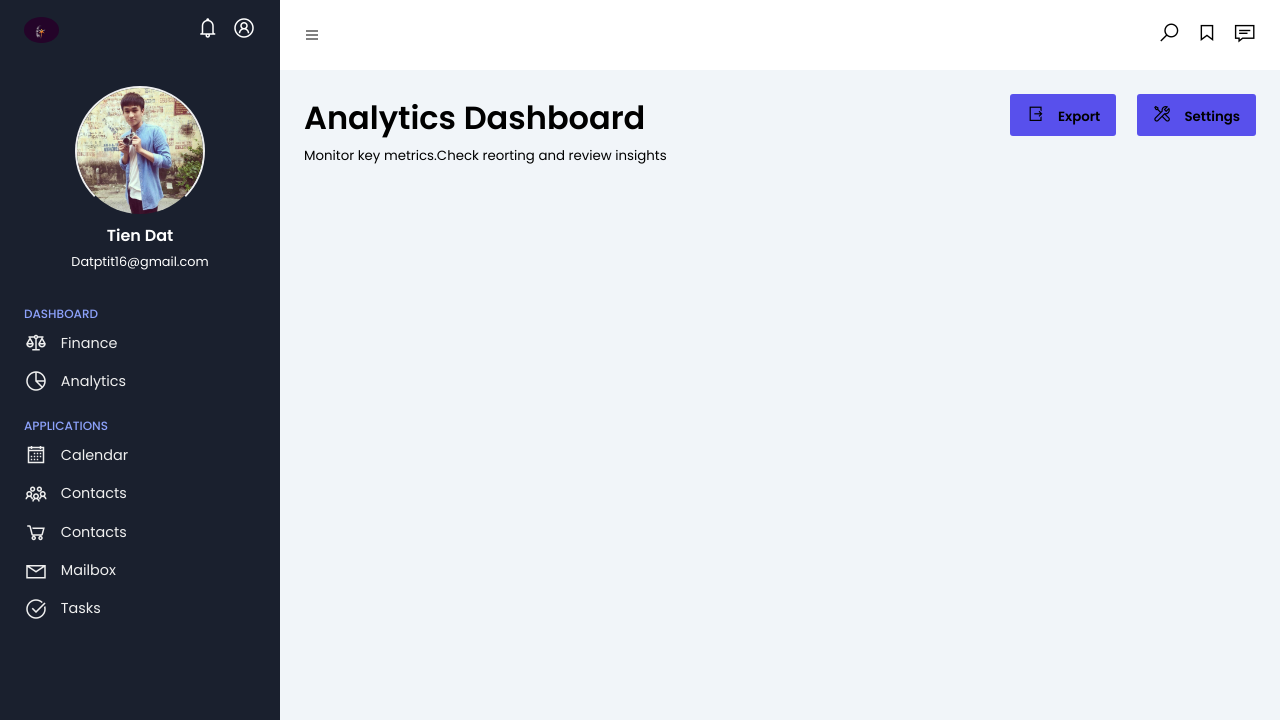
Repository: Datt21/dashboard-fe-project
Page: index.html
An editor plug-in stored every save of this project. The page is shown before and after the next save, followed by the edit.
The browser window is 1280 px wide. The pictures show the whole page.

Above is the page before, as saved 2021-06-08 15:09:03.

### index.html
<!DOCTYPE html>
<html lang="en">
<head>
    <meta charset="UTF-8">
    <meta http-equiv="X-UA-Compatible" content="IE=edge">
    <meta name="viewport" content="width=device-width, initial-scale=1.0 maxium-scale=1.0">

    <!-- =============== UNICONS =================== -->
    <link rel="stylesheet" href="https://maxst.icons8.com/vue-static/landings/line-awesome/line-awesome/1.3.0/css/line-awesome.min.css">
    <!-- =============== GOOGLE FONT =============== -->

    <!-- =============== CSS ================== -->
    <link rel="stylesheet" href="./assets/css/style.css">

    <title>Tien Dat Admin Dashboard</title>

</head>
<body>
    <!-- ========== SIDEBAR======== -->
    <div class="sidebar">
    <!-- brand -->
         <div class="sidebar__brand">
             <div class="brand__flex">
                 <img src="./img/loGO1.jpg" width="35px" alt="">

                 <div class="brand__icons">
                     <span class="las la-bell"></span>
                     <span class="las la-user-circle"></span>
                 </div>
             </div>
         </div>
    <!-- main -->
         <div class="sidebar__main">
             <div class="sidebar__user">
                 <img src="./img/119942988_206292647508421_8132941228799644311_n.jpg" alt="">
                 <div>
                     <h3> Tien Dat</h3>
                     <span> Datptit16@gmail.com</span>
                 </div>
             </div>
             <div class="sidebar__menu">
                 <div class="menu-head">
                     <span> Dashboard</span>
                 </div>
                 <ul>
                     <li>
                         <a href="">
                         <span class="las la-balance-scale"></span>
                        Finance
                        </a>
                    </li>
                     <li>
                         <a href=""><span class="las la-chart-pie"></span>
                        Analytics
                         </a>
                    </li>
                 </ul>

                 <div class="menu-head">
                    <span> Applications</span>
                </div>
                <ul>
                    <li>
                        <a href="">
                        <span class="las la-calendar"></span>
                       Calendar
                       </a>
                   </li>
                    <li>
                        <a href=""><span class="las la-users"></span>
                       Contacts
                        </a>
                   </li>
                    <li>
                        <a href=""><span class="las la-shopping-cart"></span>
                       Contacts
                        </a>
                   </li>
                    <li>
                        <a href=""><span class="las la-envelope"></span>
                       Mailbox
                        </a>
                   </li>
                    <li>
                        <a href=""><span class="las la-check-circle"></span>
                       Tasks
                        </a>
                   </li>
                </ul>
             </div>
         </div>
    </div>

    <!-- ================== MAIN CONTENT===================== -->
    <div class="main__content">
        <header>
            <div class="menu__toggle">
                <lable for="">
                    <span class="las la-bars"></span>
                </lable>
            </div>

            <div class="hearder__icons">
                <span class="las la-search"></span>
                <span class="las la-bookmark"></span>
                <span class="las la-sms"></span>
            </div>
        </header>

        <main>
            <div class="page__header">
                <div>
                    <h1>Analytics Dashboard</h1>
                    <small>Monitor key metrics.Check reorting and review insights</small>
                </div>

                <div class="header__actions">
                    <button>
                        <span class="las la-file-export"></span>
                        Export
                    </button>
                    <button>
                        <span class="las la-tools"></span>
                        Settings
                    </button>
                </div>
            </div>
        </main>
    </div>
</body>
</html>

### assets/css/style.css
@import url('https://fonts.googleapis.com/css2?family=Poppins:wght@300;400;500;600&display=swap');

:root{
    --color-main: #1a202e;
}

*{
    font-family: 'Poppins', sans-serif ;
    box-sizing: border-box;
    text-decoration: none;
    list-style-type: none;
    margin: 0;
    padding: 0;
}

.sidebar{
    width: 280px;
    position: fixed;
    left: 0;
    top: 0;
    height: 100%;
    padding: 1rem 1.5rem;
    background: var(--color-main);
    color: #fff;
}

.sidebar__brand{
    height: 70px;
}

.brand__flex{
    display: flex;
    justify-content: space-between;
    align-items: center;
}

.brand__flex img{
    border-radius: 50%;
}

.brand__icons span{
    font-size: 1.5rem;
    margin-left: 0.5rem;
}

.sidebar__user{
    margin: 0rem 0rem 1rem 0rem;
    text-align: center;
}

.sidebar__user img{
    width: 130px;
    height: 130px;
    border-radius: 50%;
    border: 2px solid #efefef;
    border-top: 2px solid #efefef;
    border-left: 2px solid #efefef;
    border-right: 2px solid #efefef;
    border-bottom: 2px solid transparent;
}

.sidebar__user h3{
    font-size: 1rem;
}

.sidebar__user span{
    font-size: .8rem;
}

.sidebar__menu {
    margin-top: 2rem;
}

.menu-head {
    text-transform: uppercase;
    color: #8da2fb;
    font-size: .75rem;
    font-weight: 500;
    margin-bottom: 0.5rem;
}

.sidebar__menu ul{
    margin-bottom: 1.5rem;
}

.sidebar__menu li{
    margin-bottom: 0.9rem;

}

.sidebar__menu li a{
    color: #efefef;
    font-size: .9rem;
    display: flex;
    align-items: center;
}

.sidebar__menu li a span{
    font-size: 1.5rem;
    display: inline-block;
    margin-right: 0.8rem;
}



header{
    height: 70px;
    display: flex;
    justify-content: space-between;
    align-items: center;
    padding: 1rem 1.5rem;
}

.menu__toggle label{
    height: 60px;
    width: 60px;
    display: grid;
    place-items: center;
    font-size: 1.5rem;
    border-radius: 50%;
}

.hearder__icons span{
    display: inline-block;
    margin-left: .7rem;
    font-size: 1.4rem;
}

.menu__toggle label:hover {
    background: #efefef;
}

.main__content{
    margin-left: 280px;
}

main {
    padding: 1.5rem;
    background: #f1f5f9;
    min-height: calc(100vh - 70px);
}

.page__header {
    display: flex;
    justify-content: space-between;
}

.header__actions button {
    outline: none;
    background: #5850ec;
    border: none;
    padding: .6rem 1rem;
    margin-left: 1rem;
    border-radius: 3px;
    font-weight: 600;
}

.header__actions button span{
    font-size: 1.2rem;
    margin-right: .6rem;
}

After the next save:
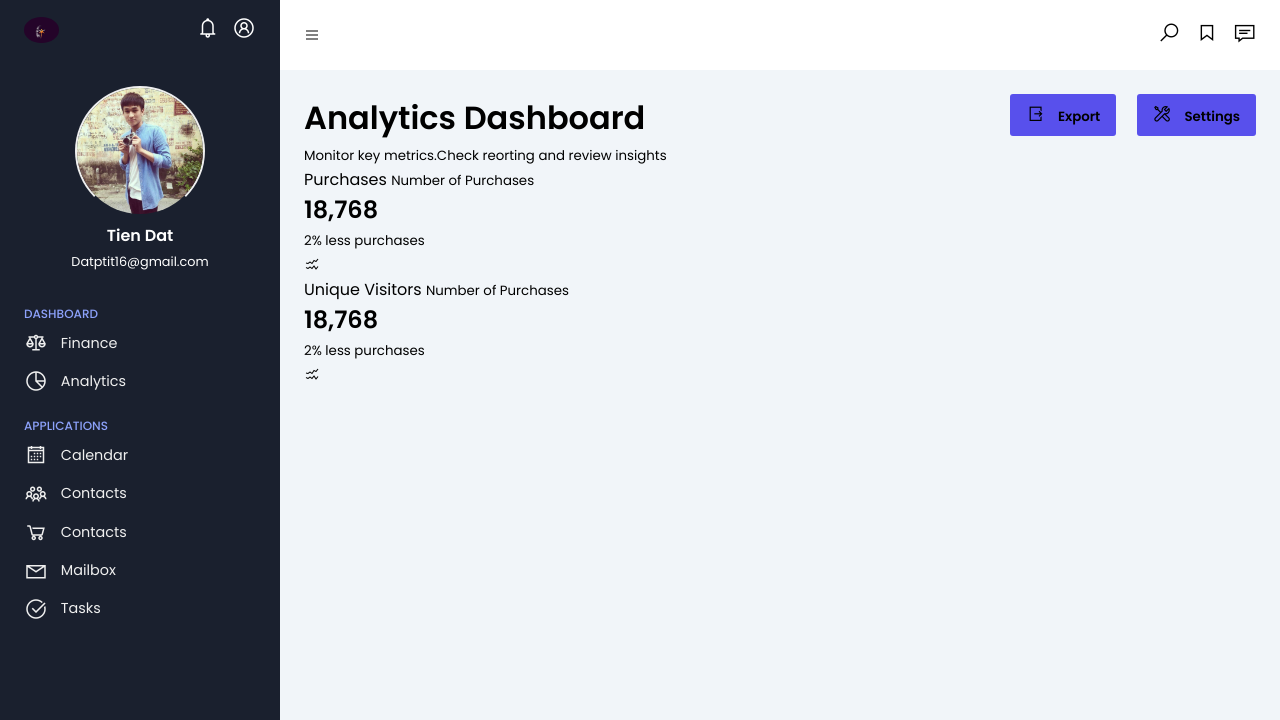
Saved 7 min 18 s later.
--- a/index.html
+++ b/index.html
@@ -125,6 +125,44 @@
                     </button>
                 </div>
             </div>
+
+            <div class="card">
+                <div class="card__single">
+                     <div class="card__flex">
+                         <div class="card__info">
+                             <div class="card__head">
+                                 <span>Purchases</span>
+                                 <small>Number of Purchases</small>
+                             </div>
+
+                             <h2>18,768</h2>
+
+                             <small>2% less purchases</small>
+                         </div>
+                         <div class="card-chart">
+                             <span class="las la-chart-line"></span>
+                         </div>
+                     </div>
+                </div>
+
+                <div class="card__single">
+                     <div class="card__flex">
+                         <div class="card__info">
+                             <div class="card__head">
+                                 <span>Unique Visitors</span>
+                                 <small>Number of Purchases</small>
+                             </div>
+
+                             <h2>18,768</h2>
+
+                             <small>2% less purchases</small>
+                         </div>
+                         <div class="card-chart">
+                             <span class="las la-chart-line"></span>
+                         </div>
+                     </div>
+                </div>
+            </div>
         </main>
     </div>
 </body>
